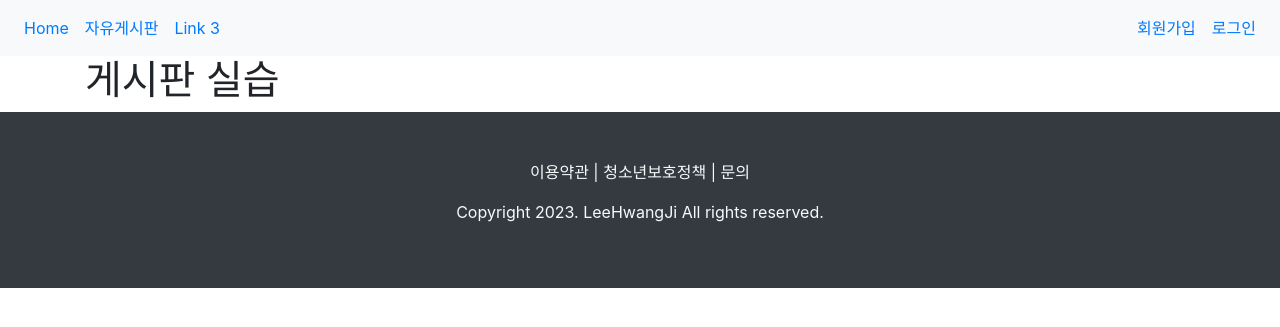
Repository: Peaceful-LHJ/Project_Board
Page: http://localhost/Project_BoardPET/WEB-INF/views/home.jsp
The author's editor kept a copy of each file at every save. The page is drawn from the files as they stood at one save, then again after the next save.
The browser window is 1280 px wide. The pictures show the whole page.
The page is served by Tomcat 9. Nobody is signed in. The template is opened directly, without the code that normally fills it, so the values that code supplies are empty.

Above is the page before, as saved 2023-08-16 05:47:48.

After the next save:
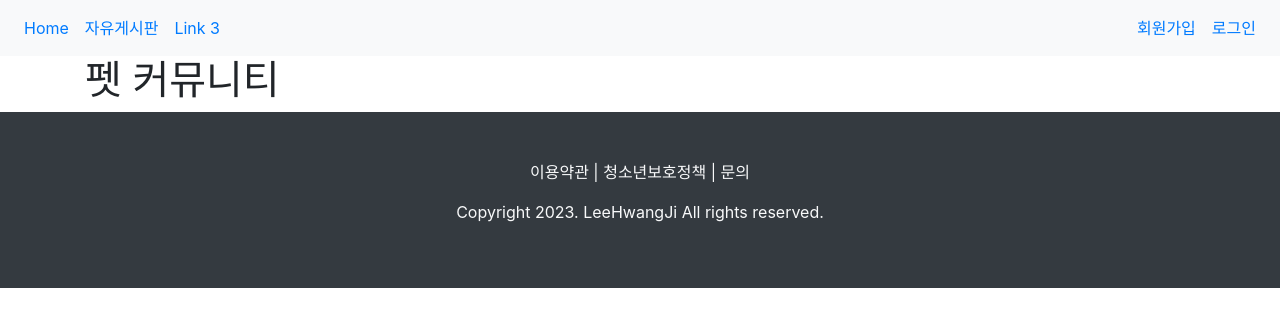
Saved 10 s later.
--- a/Project_BoardPET/src/main/webapp/WEB-INF/views/home.jsp
+++ b/Project_BoardPET/src/main/webapp/WEB-INF/views/home.jsp
@@ -2,6 +2,6 @@
     pageEncoding="UTF-8"%>
 <%@ include file="includes/header.jsp"%>
 <div class="container">
-	<h1>게시판 실습</h1>
+	<h1>펫 커뮤니티</h1>
 </div>
 <%@ include file="includes/footer.jsp"%>
